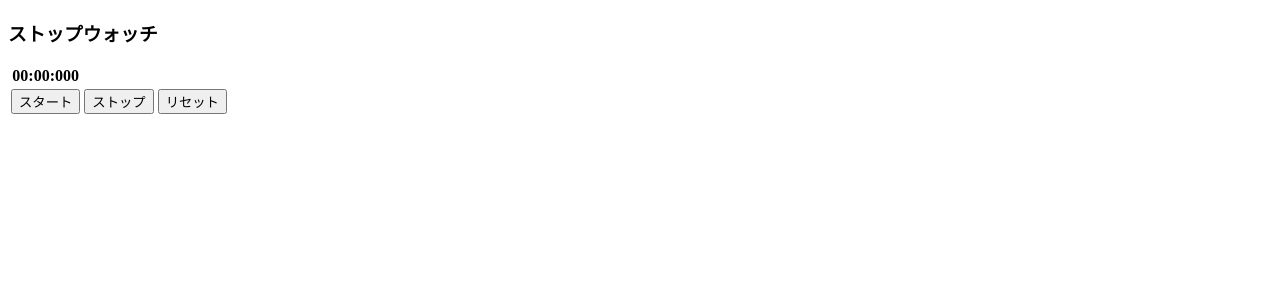
Repository: U-dias/work3
Page: 実践課題 ( ストップウォッチ )/index.html
The author's editor kept a record of every edit. The page is drawn from the files as they stood at one moment, then again after the next edit.
The browser window is 1280 px wide. The pictures show the whole page.
Some web libraries are served in a nearby version.

Above is the page before.
Console error: SyntaxError: Unexpected token '}'

### 実践課題 ( ストップウォッチ )/index.html
 <!DOCTYPE html>
    <html lang="en">
      <head>
        <meta charset="utf-8">
        <script src="https://code.jquery.com/jquery-3.2.1.js" integrity="sha256-DZAnKJ/6XZ9si04Hgrsxu/8s717jcIzLy3oi35EouyE=" crossorigin="anonymous"></script>
        <link rel="stylesheet" href="main.css">
        <title>ストップウォッチ</title>
      </head>

      <body>
        <h3>ストップウォッチ</h3>
 <!-- ここに記述していきましょう！ -->
   <div>
     <table>
       <tr>
         <th>
         <div id=counter>00:00:000</div></th></tr>
        <tr>
         <th><button id="start">スタート</button></th>
         <th><button id="stop">ストップ</button></th>
         <th><button id="reset">リセット</button></th>
       </tr>
     </table>
   </div>

        <script src="main.js"></script>
      </body>
    </html>

### 実践課題 ( ストップウォッチ )/main.css
.button {
  border-radius:0px;
  border:solid 1px black;
  background-color:#d3d3d3;
  width:100px;
  heigth:50px
}

### 実践課題 ( ストップウォッチ )/main.js
const counter = document.getElementById('counter');
const start = document.getElementById('start');
const stop = document.getElementById("stop");
const reset = document.getElementById("reset");
let startTime;
let timeoutId;
let elapsedTime = 0;


/*スタート部分*/
start.addEventListener('click', () =>
{
    startTime = Date.now();
    console.log(startTime);
    console.log(new Date(startTime))
    countUp();
});

function countUp() {
    const d=new Date(Date.now()-startTime+elapsedTime);
    const m=String(d.getMinutes()).padStart(2,"0");
    const s=String(d.getSeconds()).padStart(2,"0");
    const ms =String(d.getMilliseconds()).padStart(3,"0");
    counter . textContent = `${m}:${s}:${ms}`;
    timeoutId =setTimeout(() => {
        countUp();
    } , 10);
}

/*ストップ部分*/
stop.addEventListener('click',() => {
    clearTimeout(timeoutId);
    elapsedTime += Date.now() - startTime;
});

/*リセット部分*/
reset.addEventListener (`click` , () => {
    counter.textContent =`00:00:000`;
    elapsedTime = 0;
    }
)

/*ボタンの動作*/
function buttonStateInitial () {
    start.disabled = false;
    stop.disabled = true;
    reset.disabled = true;
}

function buttonStateRunnig () {
    start.disabled = true;
    stop.disabled = false;
    reset.disabled = true;
}

function buttonStateStop () {
    start.disabled = false;
    stop.disabled = true;
    reset.disabled = false;
}
}

After the next edit:
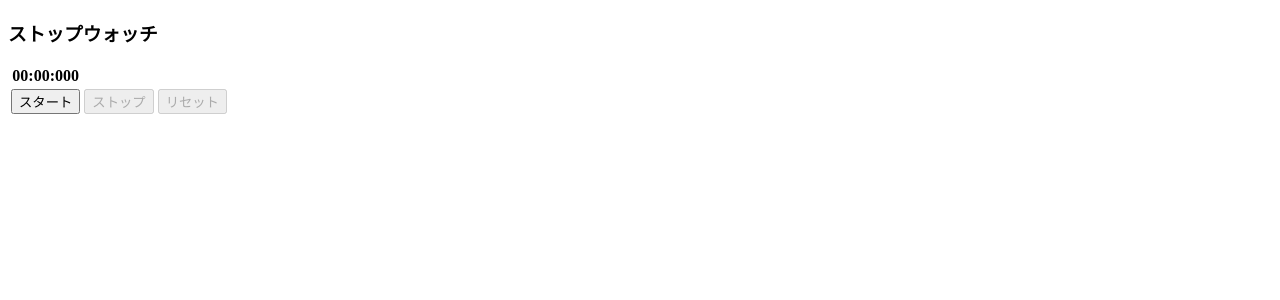
The error is gone.
The edit:
--- a/実践課題 ( ストップウォッチ )/main.js
+++ b/実践課題 ( ストップウォッチ )/main.js
@@ -58,4 +58,5 @@
     stop.disabled = true;
     reset.disabled = false;
 }
-}
+
+buttonStateInitial ();
